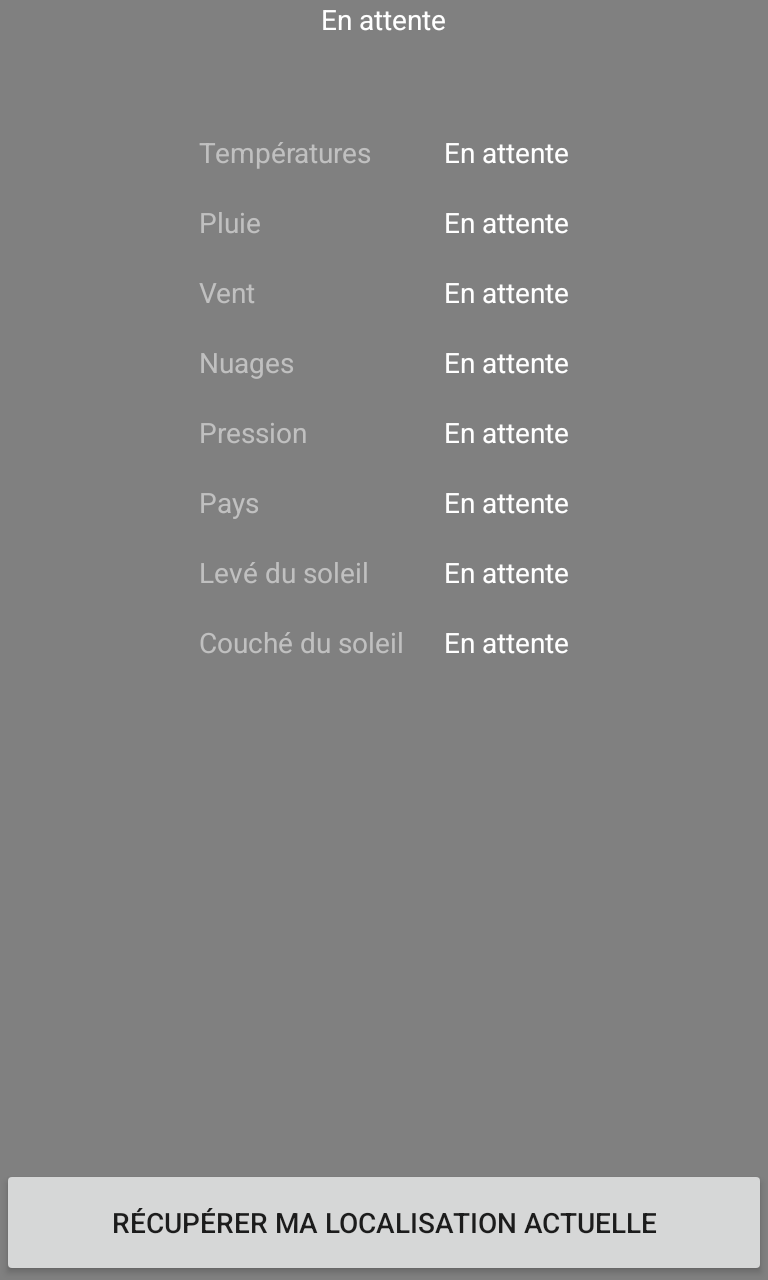
Repository: cpluuuusplus/WhoWantsKitKat
Layout: AppliPlus/res/layout/activity_meteo_principale.xml
These files come from the project's save history. The layout is drawn as it stood at one moment and after the next save; the edit follows.
It is drawn on a 768 x 1280 px phone screen (xhdpi) without system bars, with theme Theme.AppCompat.Light; the app's code is not run.

Above is the layout before, as saved 2014-05-12 14:33:22.

### AppliPlus/res/layout/activity_meteo_principale.xml
<?xml version="1.0" encoding="utf-8"?>
<LinearLayout xmlns:android="http://schemas.android.com/apk/res/android"
    android:layout_width="match_parent"
    android:layout_height="match_parent"
    android:background="@color/gray"
    android:orientation="vertical" >

    <!-- Afficher les  informations météo -->


    <!-- <LinearLayout -->
    <!-- android:layout_width="match_parent" -->
    <!-- android:layout_height="wrap_content" -->
    <!-- android:layout_margin="5dp" -->
    <!-- android:layout_weight="0.30" -->
    <!-- android:background="@color/black_color" -->
    <!-- android:orientation="vertical" -->
    <!-- android:paddingBottom="5dp" -->
    <!-- android:paddingLeft="5dp" -->
    <!-- android:paddingRight="5dp" -->
    <!-- android:paddingTop="5dp" > -->


    <!-- Titre et ville -->

    <TextView
        android:id="@+id/afficher_localite_meteo"
        android:layout_width="wrap_content"
        android:layout_height="fill_parent"
        android:layout_gravity="center_horizontal"
        android:layout_weight="1"
        android:text="@string/to_be_defined"
        android:textColor="@color/white" />

    <!-- Info météo : temperature, pluie, vent, nuages -->

    <TableLayout
        android:layout_width="match_parent"
        android:layout_height="fill_parent"
        android:layout_gravity="fill_vertical"
        android:layout_weight="0.2" >

        <!-- température -->

        <TableRow
            android:id="@+id/row_meteo_temperature"
            android:layout_width="match_parent"
            android:layout_height="wrap_content"
            android:gravity="center_horizontal"
            android:padding="8dp" >

            <TextView
                android:id="@+id/desc_temp"
                android:layout_width="fill_parent"
                android:gravity="left"
                android:text="@string/meteo_tc"
                android:textColor="@color/silver" />

            <TextView
                android:id="@+id/info_temp"
                android:text="@string/to_be_defined"
                android:textColor="@color/white" />
        </TableRow>

        <!-- pluie -->

        <TableRow
            android:id="@+id/row_meteo_pluie"
            android:layout_width="match_parent"
            android:layout_height="wrap_content"
            android:gravity="center_horizontal"
            android:padding="8dp" >

            <TextView
                android:id="@+id/desc_pluie"
                android:layout_width="fill_parent"
                android:gravity="left"
                android:text="@string/meteo_rain"
                android:textColor="@color/silver" />

            <TextView
                android:id="@+id/info_pluie"
                android:layout_width="fill_parent"
                android:text="@string/to_be_defined"
                android:textColor="@color/white" />
        </TableRow>
        <!-- vent -->

        <TableRow
            android:id="@+id/row_meteo_vent"
            android:layout_width="match_parent"
            android:layout_height="wrap_content"
            android:gravity="center_horizontal"
            android:padding="8dp" >

            <TextView
                android:id="@+id/desc_vent"
                android:layout_width="fill_parent"
                android:gravity="left"
                android:text="@string/meteo_wind"
                android:textColor="@color/silver" />

            <TextView
                android:id="@+id/info_vent"
                android:layout_width="fill_parent"
                android:text="@string/to_be_defined"
                android:textColor="@color/white" />
        </TableRow>

        <!-- nuages -->

        <TableRow
            android:id="@+id/row_meteo_nuages"
            android:layout_width="match_parent"
            android:layout_height="wrap_content"
            android:gravity="center_horizontal"
            android:padding="8dp" >

            <TextView
                android:id="@+id/desc_nuages"
                android:layout_width="fill_parent"
                android:gravity="left"
                android:text="@string/meteo_clouds"
                android:textColor="@color/silver" />

            <TextView
                android:id="@+id/info_nuages"
                android:gravity="left"
                android:text="@string/to_be_defined"
                android:textColor="@color/white" />
        </TableRow>

        <!-- pression -->

        <TableRow
            android:id="@+id/row_pressure"
            android:layout_width="match_parent"
            android:layout_height="wrap_content"
            android:gravity="center_horizontal"
            android:padding="8dp" >

            <TextView
                android:id="@+id/desc_pressure"
                android:layout_width="fill_parent"
                android:gravity="left"
                android:text="@string/desc_pressure"
                android:textColor="@color/silver" />

            <TextView
                android:id="@+id/info_pressure"
                android:layout_width="fill_parent"
                android:gravity="left"
                android:text="@string/to_be_defined"
                android:textColor="@color/white" />
        </TableRow>

        <!-- pays -->

        <TableRow
            android:id="@+id/row_country"
            android:layout_width="match_parent"
            android:layout_height="wrap_content"
            android:gravity="center_horizontal"
            android:padding="8dp" >

            <TextView
                android:id="@+id/desc_country"
                android:gravity="left"
                android:text="@string/desc_country"
                android:textColor="@color/silver" />

            <TextView
                android:id="@+id/info_country"
                android:layout_width="fill_parent"
                android:gravity="left"
                android:text="@string/to_be_defined"
                android:textColor="@color/white" />
        </TableRow>

        <!-- sunrise -->

        <TableRow
            android:id="@+id/row_sunrise"
            android:layout_width="match_parent"
            android:layout_height="wrap_content"
            android:gravity="center_horizontal"
            android:padding="8dp" >

            <TextView
                android:id="@+id/desc_sunrise"
                android:layout_width="fill_parent"
                android:gravity="left"
                android:text="@string/desc_sunrise"
                android:textColor="@color/silver" />

            <TextView
                android:id="@+id/info_sunrise"
                android:layout_width="fill_parent"
                android:gravity="left"
                android:text="@string/to_be_defined"
                android:textColor="@color/white" />
        </TableRow>

        <!-- sunset -->

        <TableRow
            android:id="@+id/row_sunset"
            android:layout_width="match_parent"
            android:layout_height="wrap_content"
            android:gravity="center_horizontal"
            android:padding="8dp" >

            <TextView
                android:id="@+id/desc_sunset"
                android:layout_width="fill_parent"
                android:layout_marginRight="20dp"
                android:gravity="left"
                android:text="@string/desc_sunset"
                android:textColor="@color/silver" />

            <TextView
                android:id="@+id/info_sunset"
                android:layout_width="fill_parent"
                android:gravity="right"
                android:text="@string/to_be_defined"
                android:textColor="@color/white" />
        </TableRow>
    </TableLayout>
    <!-- </LinearLayout> -->


    <!-- Acceder à une localisation -->

    <Button
        android:id="@+id/meteo_recuperer_localite"
        android:layout_width="match_parent"
        android:layout_height="fill_parent"
        android:layout_weight="1"
        android:onClick="recupererLocalisationAppareil"
        android:text="@string/get_localite" />

    <!-- <LinearLayout -->
    <!-- android:layout_width="wrap_content" -->
    <!-- android:layout_height="wrap_content" -->
    <!-- android:layout_margin="5dp" -->
    <!-- android:background="@color/black_color" -->
    <!-- android:orientation="horizontal" -->
    <!-- android:paddingBottom="5dp" -->
    <!-- android:paddingLeft="5dp" -->
    <!-- android:paddingRight="5dp" -->
    <!-- android:paddingTop="5dp" > -->


    <!-- <LinearLayout -->
    <!-- android:layout_width="wrap_content" -->
    <!-- android:layout_height="wrap_content" -->
    <!-- android:layout_margin="5dp" -->
    <!-- android:background="@color/black_color" -->
    <!-- android:orientation="vertical" -->
    <!-- android:paddingBottom="5dp" -->
    <!-- android:paddingLeft="5dp" -->
    <!-- android:paddingRight="5dp" -->
    <!-- android:paddingTop="5dp" > -->


    <!-- <TextView -->
    <!-- android:layout_width="wrap_content" -->
    <!-- android:layout_height="wrap_content" -->
    <!-- android:text="@string/desc_saisie_localite" -->
    <!-- android:textColor="@color/white" /> -->


    <!-- <EditText -->
    <!-- android:id="@+id/meteo_saisie_localite" -->
    <!-- android:layout_width="wrap_content" -->
    <!-- android:inputType="textCapWords" -->
    <!-- android:layout_height="wrap_content" -->
    <!-- android:hint="@string/saisir_localite" -->
    <!-- android:layout_gravity="center" -->
    <!-- android:textColor="@color/white" /> -->


    <!-- <Button -->
    <!-- android:id="@+id/meteo_valider_localite" -->
    <!-- android:layout_width="match_parent" -->
    <!-- android:layout_height="wrap_content" -->
    <!-- android:onClick="validerChoixLocalisationSaisi" -->
    <!-- android:text="@string/valider_localite" /> -->
    <!-- </LinearLayout> -->


    <!-- <Button -->
    <!-- android:id="@+id/meteo_recuperer_localite" -->
    <!-- android:layout_width="match_parent" -->
    <!-- android:layout_height="wrap_content" -->
    <!-- android:onClick="recupererLocalisationAppareil" -->
    <!-- android:text="@string/get_localite" /> -->
    <!-- </LinearLayout> -->

</LinearLayout>

### AppliPlus/res/values/colors.xml
<?xml version="1.0" encoding="utf-8"?>
<resources>

    <color name="black_color">#000</color>
    <color name="white">#FFFFFF</color>
    <color name="yellow">#FFFF00</color>
    <color name="fuchsia">#FF00FF</color>
    <color name="red">#FF0000</color>
    <color name="silver">#C0C0C0</color>
    <color name="gray">#808080</color>
    <color name="olive">#808000</color>
    <color name="purple">#800080</color>
    <color name="maroon">#800000</color>
    <color name="aqua">#00FFFF</color>
    <color name="lime">#00FF00</color>
    <color name="teal">#008080</color>
    <color name="green">#008000</color>
    <color name="blue">#0000FF</color>
    <color name="navy">#000080</color>

</resources>

### AppliPlus/res/values/strings.xml
<?xml version="1.0" encoding="utf-8"?>
<resources>

    <string name="app_name">Qui veut manger un KitKat ?</string>
    <string name="hello_world">Hello world!</string>
    <string name="nb_cours">%1$d cours viennent d\'être mis à jours</string>
    <string name="direct">Accès direct à pamplemousse viewer</string>
    <string name="refresh">Refresh</string>
    <string name="action_search">search</string>
    <string name="find_city">Rechercher une ville</string>

    <!-- Nom des menus ! -->

    <string name="home">Qui veut un KitKat ?</string>
    <string name="pamp_viewer">Accès à Pamplemousse</string>
    <string name="agenda_null">Première connection ? Renseignez vos identifiants, et synchroniser</string>
    <string name="url_error">Impossible de se connecter au serveur, veuillez vérifier vos identifiants et votre connection à internet</string>
    <string name="menu_pampl">Accès à Pamplemousse</string>
    <string name="connection">Accès à Pamplemousse</string>
    <string name="remote">Accès à Pamplemousse en ligne</string>
    <string name="pampl_desc">Emploi du temps, mails,...</string>
    <string name="geo">Accés au service de Géolocalisation</string>
    <string name="geo_desc">Géolocalisation</string>
    <string name="meteo">Accés au service Météo</string>
    <string name="meteo_desc">À</string>
    <string name="meteo_tc">Températures</string>
    <string name="meteo_wind">Vent</string>
    <string name="meteo_rain">Pluie</string>
    <string name="meteo_clouds">Nuages</string>
    <string name="valider_localite">Valider</string>
    <string name="desc_country">Pays</string>
    <string name="desc_sunrise">Levé du soleil</string>
    <string name="desc_sunset">Couché du soleil</string>
    <string name="desc_pressure">Pression</string>


    <!-- Cas non défini -->

    <string name="to_be_defined">En attente</string>

    <!-- Test login -->

    <string name="menu_settings">Settings</string>
    <string name="title_activity_main">MainActivity</string>
    <string name="image_content_description">Un Android avec un chien</string>
    <string name="login">S\'identifier</string>
    <string name="email">Id utilisateur</string>
    <string name="password">Mot de passe</string>
    <string name="connect">Se connecter</string>
    <string name="get_localite">Récupérer ma localisation actuelle</string>
    <string name="saisir_localite">Saisir une ville ici</string>
    <string name="desc_saisie_localite">Vous pouvez saisir une localité</string>
    <string name="temp">Ce champ doit etre rempli</string>
    <string name="geoloc_osm">Géolocationsation par OSM/OCM</string>

</resources>

After the next save:
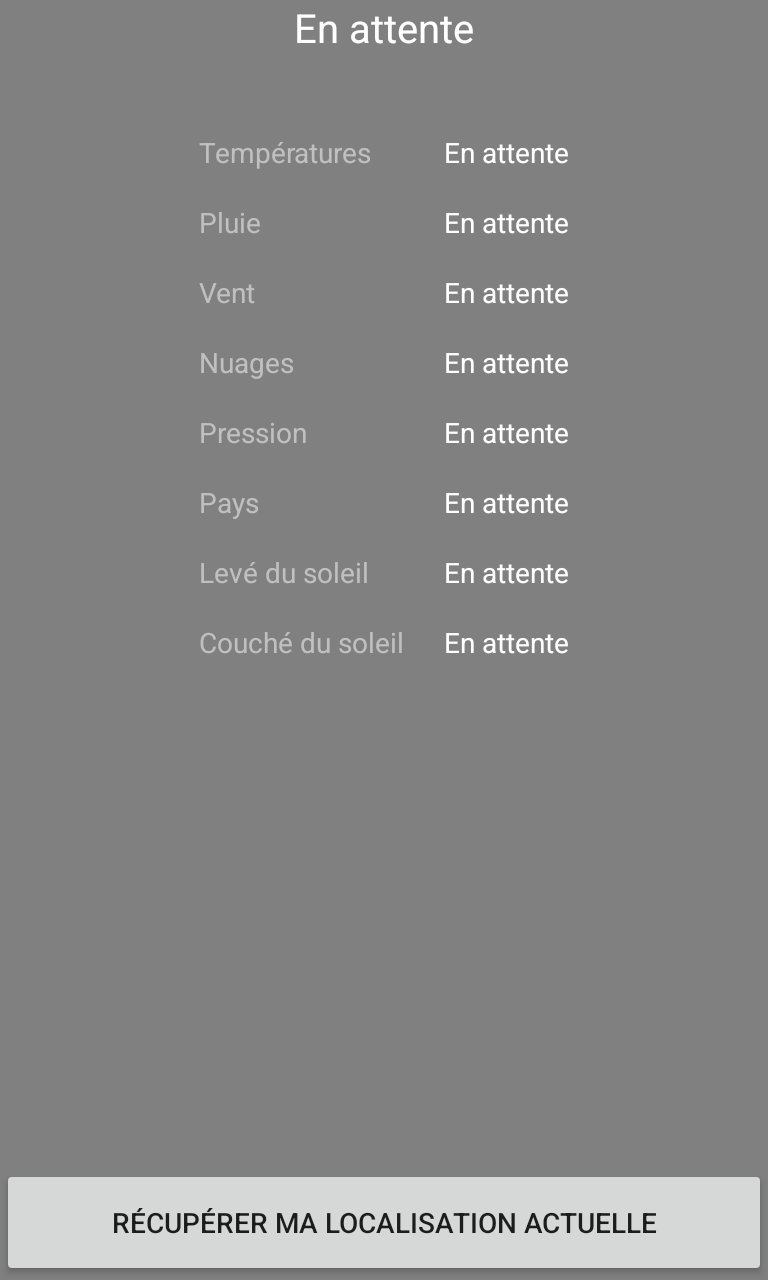
Saved 60 s later.
--- a/AppliPlus/res/layout/activity_meteo_principale.xml
+++ b/AppliPlus/res/layout/activity_meteo_principale.xml
@@ -28,6 +28,7 @@
         android:layout_width="wrap_content"
         android:layout_height="fill_parent"
         android:layout_gravity="center_horizontal"
+        android:textSize="20dp"
         android:layout_weight="1"
         android:text="@string/to_be_defined"
         android:textColor="@color/white" />

After the save that followed:
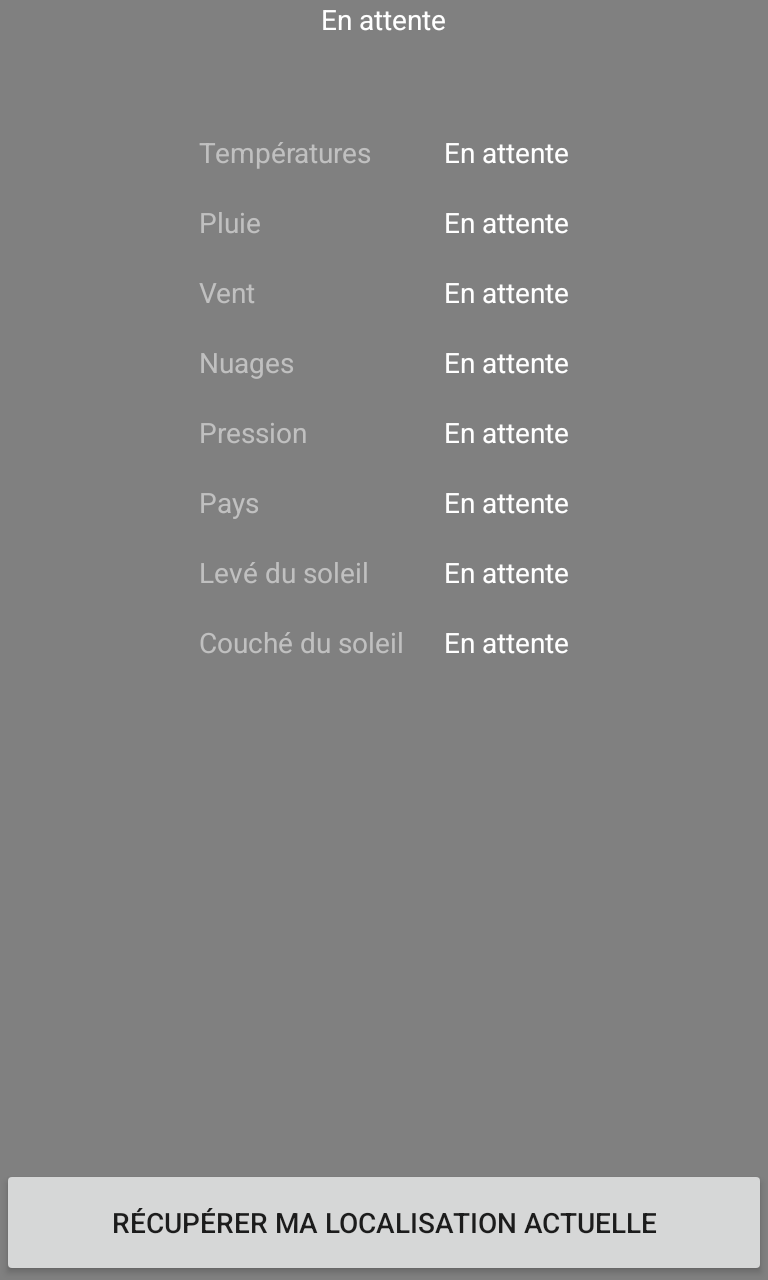
Saved 2 min 37 s later.
--- a/AppliPlus/res/layout/activity_meteo_principale.xml
+++ b/AppliPlus/res/layout/activity_meteo_principale.xml
@@ -28,7 +28,6 @@
         android:layout_width="wrap_content"
         android:layout_height="fill_parent"
         android:layout_gravity="center_horizontal"
-        android:textSize="20dp"
         android:layout_weight="1"
         android:text="@string/to_be_defined"
         android:textColor="@color/white" />
